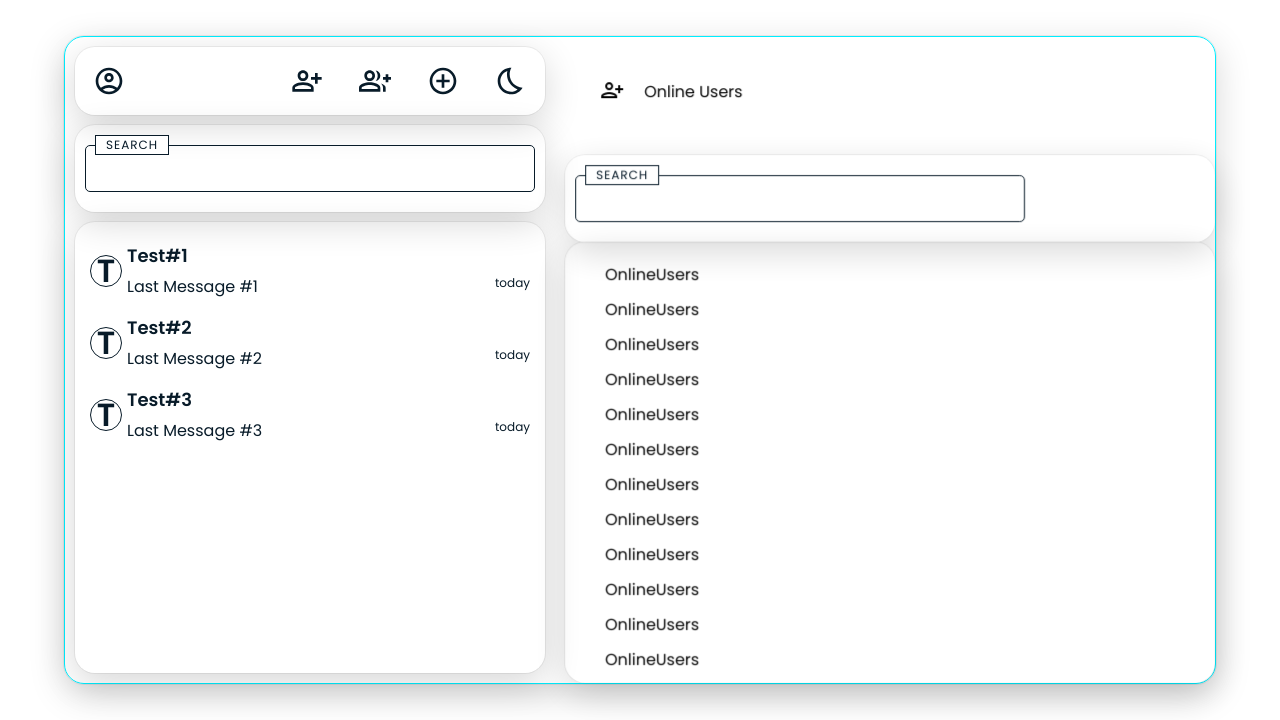
Repository: swastikjhacoder/mern-chat-frontend-only
Page: /users
The author's editor kept a copy of each file at every save. The page is drawn from the files as they stood at one save, then again after a run of saves.
The browser window is 1280 px wide. The pictures show the whole page.
An inner scrolling area shows only its first screen. The project was rebuilt for these pictures with package versions that can differ from the ones it lists, and the page was loaded fresh each time. Also part of the build but not shown: src/components/loginSignup/Login.jsx, src/components/chat/MessageOthers.jsx, src/components/chat/MessageSelf.jsx, src/components/chat/ChatContainer.jsx. Imported but missing from the stored project, and not drawn on this page: src/components/loginSignup/SignUp.

Above is the page before, as saved 2023-09-21 22:13:22.

After the next 5 saves:
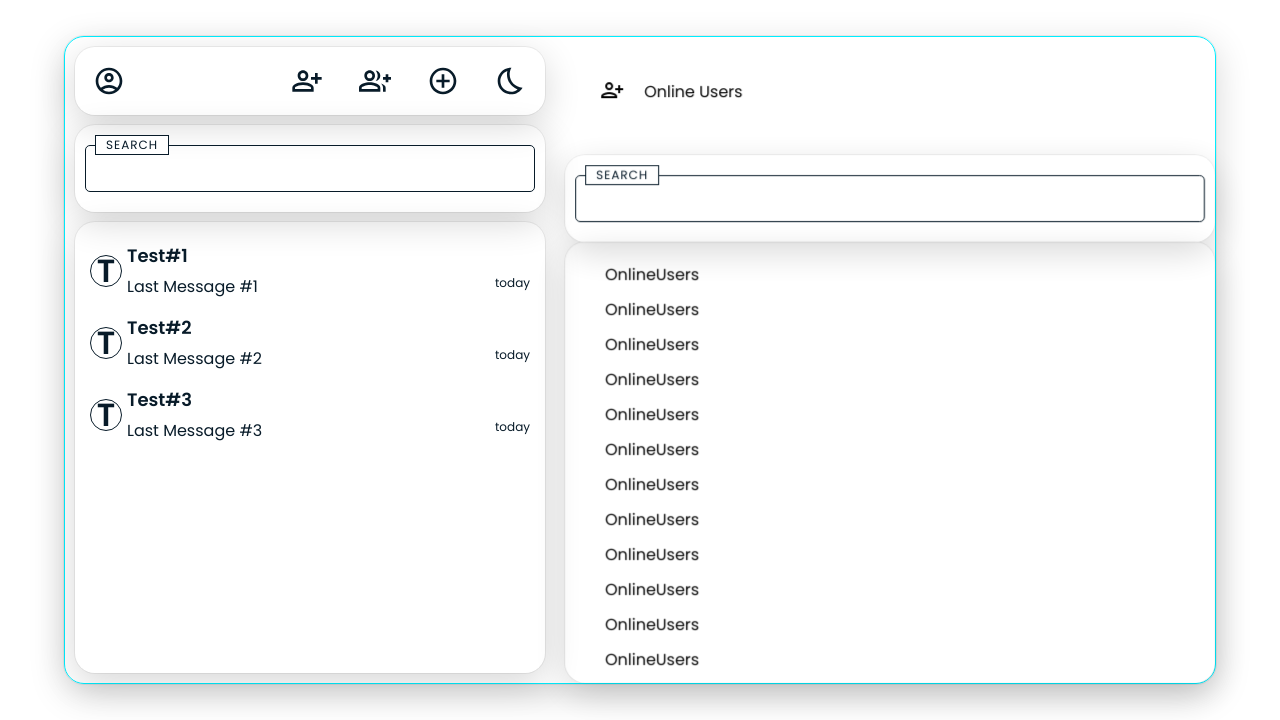
The 5 saves are shown as one change because they came seconds apart.
The last was saved 13 s later.
--- a/src/components/chat/OnlineUsersGroup.jsx
+++ b/src/components/chat/OnlineUsersGroup.jsx
@@ -26,7 +26,7 @@ const OnlineUsersGroup = () => {
           <p>Online Users</p>
         </div>
         <div className="sb-search">
-          <div className="input-box">
+          <div className="input-box" style={{ flex: 1 }}>
             <input
               type="search"
               name="search"
